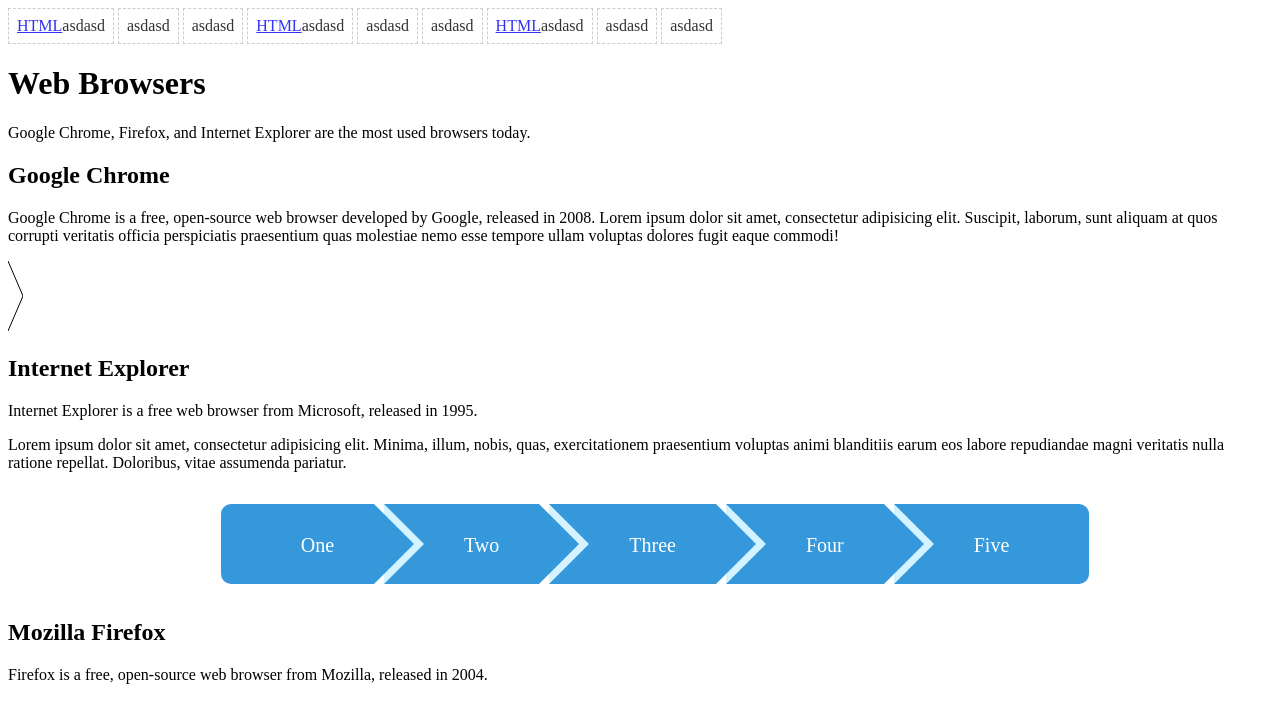
Repository: lernmark/scorchio
Page: arrows.html
The author's editor kept a record of every edit. The page is drawn from the files as they stood at one moment, then again after the next edit.
The browser window is 1280 px wide. The pictures show the whole page.

Above is the page before.

After the next edit:
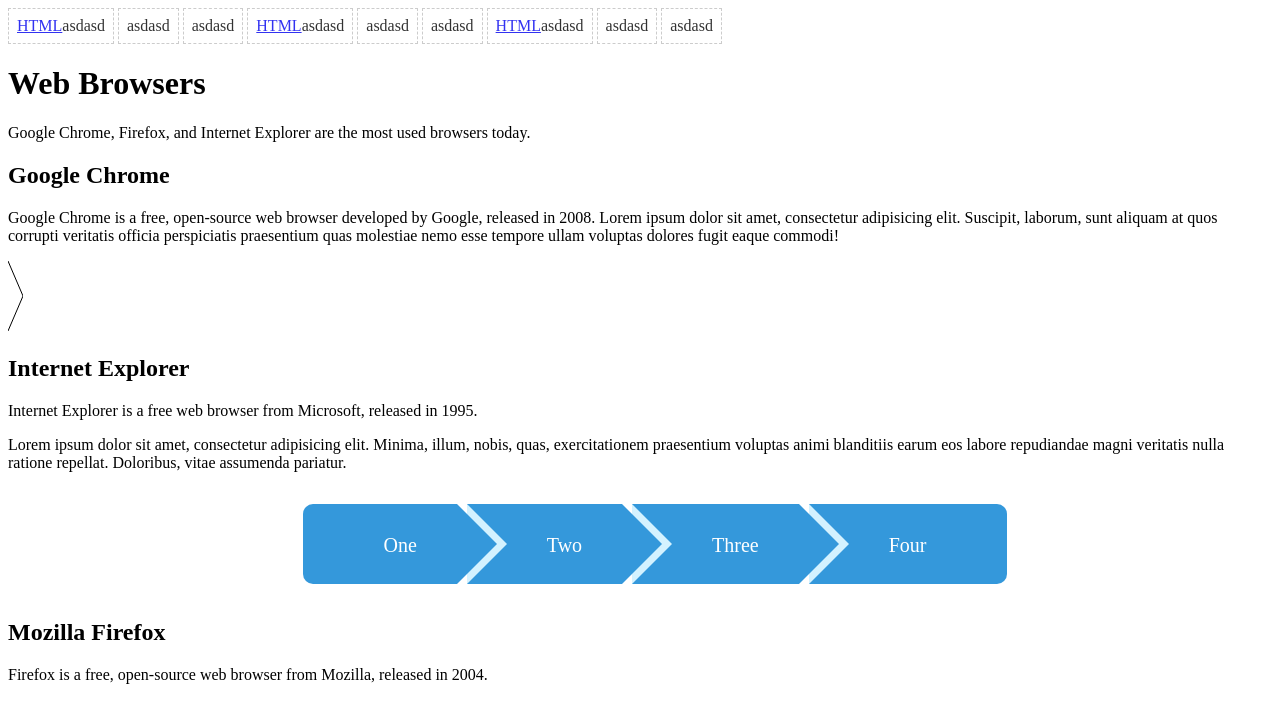
The edit:
--- a/arrows.html
+++ b/arrows.html
@@ -119,7 +119,6 @@
 		<li><a href="#2">Two</a></li>
 		<li><a href="#3">Three</a></li>
 		<li><a href="#4">Four</a></li>
-		<li><a href="#5">Five</a></li>
 	</ul>
 </div>
       </article>
